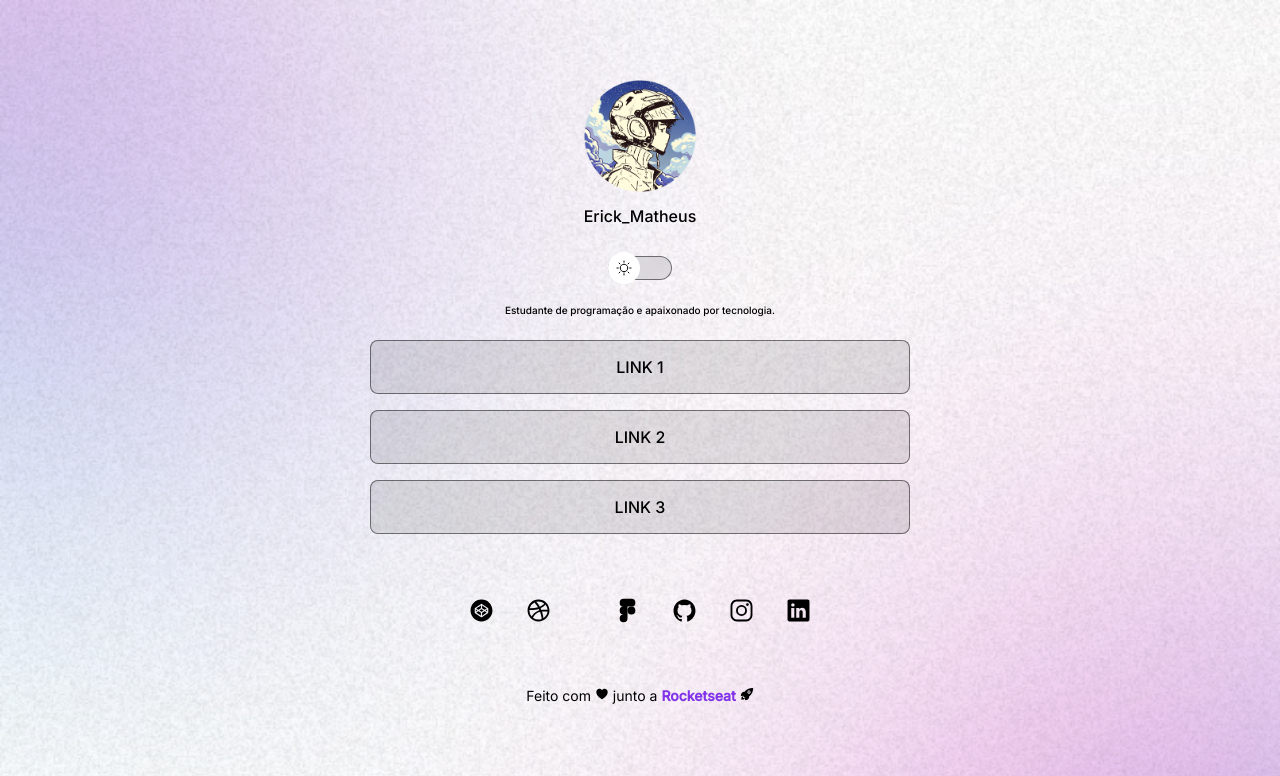
Repository: e-rickmatheus/project_dev_links
Page: index.html
These files come from the project's save history. The page is drawn as it stood at one moment and after a run of saves; the edit follows.
The browser window is 1280 px wide. The pictures show the whole page.

Above is the page before, as saved 2025-04-14 16:04:29.

### index.html
<!DOCTYPE html>
<html lang="pt-BR" class="light-theme">
<head>

<link rel="preconnect" href="https://fonts.googleapis.com">
<link rel="preconnect" href="https://fonts.gstatic.com" crossorigin>
<link href="https://fonts.googleapis.com/css2?family=Inter:wght@400;500&display=swap" rel="stylesheet">
  <meta charset="UTF-8">
  <meta name="viewport" content="width=device-width, initial-scale=1.0">
  <title>DEV_ Links</title>
  <link rel="stylesheet" href="./style.css">
  <a></a>
</head>
<body>

  <div id="container">
    <div id="profile">
      <img id="avatar" src="./assets/avatar-pilot-day.png" alt="avatar-light">
      <p>Erick_Matheus</p>
    </div>
    <div id="switch" onclick= "toggleTheme()">
      <button></button>
      <span></span>
    </div>
     <br>
    <div id="description">

      Estudante de programação e apaixonado por tecnologia.

    </div>
  <ul>
    <li>
      <a href="#" target="_blank">LINK 1</a>
    </li>
    <li>
        <a href="#" target="_blank">LINK 2 </a>
    </li>
    <li>
        <a href="#" target="_blank">LINK 3</a>
    </li>
  </ul>
  <div id="social-links">
    <!-- <ion-icon name="logo-behance"></ion-icon> -->
    <a href="https://codepen.io/erick_matheus" target="_blank">
      <ion-icon name="logo-codepen"></ion-icon>
    </a>

    <a href="https://dribbble.com/erick_matheus" target="_blank">
      <ion-icon name="logo-dribbble"></ion-icon>
    </a>

        <a href="https://duolingo.com/profile/fuckyeahrick" target="_blank">
    <a href="https://figma.com/@erick_matheus" target="_blank">
      <ion-icon name="logo-figma"></ion-icon>
    </a>
    <a href="https://github.com/e-rickmatheus" target="_blank">
      <ion-icon name="logo-github"></ion-icon>
    </a>

    <a href="https://instagram.com/fuckyeahrick" target="_blank">
      <ion-icon name="logo-instagram"></ion-icon>
    </a>

    <a href="https://linkedin.com/in/e-rickmatheus/" target="_blank">
      <ion-icon name="logo-linkedin"></ion-icon>
    </a>


    <!-- <ion-icon name="logo-medium"></ion-icon> -->
    <!-- <ion-icon name="logo-whatsapp"></ion-icon> -->
  </div>

  <footer>
    Feito com <ion-icon name="heart"></ion-icon>
    junto a <a id="rocketseat" href="https://rocketseat.com.br/" target="_blank">Rocketseat</a>   <ion-icon name="rocket"></ion-icon>
  </footer>
  </div>

<script type="module" src="https://cdn.jsdelivr.net/npm/ionicons@7.1.0/dist/ionicons/ionicons.esm.js"></script>
<script nomodule src="https://cdn.jsdelivr.net/npm/ionicons@7.1.0/dist/ionicons/ionicons.js"></script>
<script src="./script.js"></script>
</body>

</html>

### style.css
* {  /* *: todos os elementos */
  margin: 0;
  padding: 0;
  box-sizing: border-box; /* border-box: altura e largura do elemento é o mesmo que o tamanho definido */

}


:root {
  --text-color: white; /* cor do texto */
  --bg-url: url(./assets/bg-mobile.jpg); /* url da imagem de fundo */
  --stroke-color: rgba(255, 255, 255, 0.5); /* cor do contorno */
  --surface-color: rgba(255, 255, 255, 0.1); /* cor da superfície */
  --surface-color-hover: rgba(255, 255, 255, 0.2); /* cor da superfície ao passar o mouse */
  --social-links-color-hover: rgba(255, 255, 255, 0.2); /* cor do link ao passar o mouse */
  --switch-thema-url: url(./assets/moon-stars.svg);
}

.light-theme { /* tema claro */
  --text-color: black; /* cor do texto */
  --bg-url: url(./assets/bg-mobile-light.jpg); /* url da imagem de fundo */
  --stroke-color: rgba(0, 0, 0, 0.5); /* cor do contorno */
  --surface-color: rgba(0, 0, 0, 0.1); /* cor da superfície */
  --surface-color-hover: rgba(0, 0, 0, 0.2); /* cor da superfície ao passar o mouse */
  --social-links-color-hover: rgba(0, 0, 0, 0.2); /* cor do link ao passar o mouse */
  --switch-thema-url: url(./assets/sun.svg);
}

html, body {
  height: 100%; /* altura do html e body */
  width: 100%; /* largura do html e body */
}

body { /* body: corpo do documento */
  /*
  background-image: url(./assets/bg-mobile.jpg);
  background-repeat: no-repeat;
  background-position: top center;
  background-size: cover;
  */

  /* BACKGROUND GRADIENT
   background-image:  linear-gradient(
        45deg,
        hsl(201deg 37% 81%) 0%,
        hsl(202deg 39% 77%) 8%,
        hsl(204deg 40% 72%) 17%,
        hsl(206deg 41% 68%) 25%,
        hsl(207deg 42% 64%) 33%,
        hsl(209deg 42% 60%) 41%,
        hsl(210deg 42% 56%) 50%,
        hsl(212deg 41% 53%) 58%,
        hsl(214deg 41% 49%) 66%,
        hsl(217deg 45% 46%) 75%,
        hsl(219deg 48% 43%) 83%,
        hsl(223deg 50% 40%) 92%,
        hsl(228deg 51% 38%) 100%
    );
    */
    /* background-repeat: no-repeat; /* repetição da imagem */
    /* background-position: top center; /* posição da imagem */
    /* background-size: 100% 100%; /* tamanho da imagem */
  background: var(--bg-url) no-repeat top center/cover;
  height: 100vh; /* altura do body */
  /* background: cor imagem repetição posição/tamanho */
}

body * { /* todos os elementos dentro do body */
  font-family: 'Inter', sans-serif;
  color: var(--text-color); /* cor do texto */


}

#container {
  width:  100%; /* largura do container */
  max-width: 588px; /* largura máxima do container */
  margin: 56px auto 0px;
  padding: 0 24px;
}

/*PROFILE*/
#profile {
  text-align: center;
  padding: 24px;
}

#profile img {
  width: 112px;
}

#profile p {
  font-weight: 500;
  line-height: 24px;
  margin-top: 8px;
}

/*SWITCH*/
/* teste
<i class="bi bi-sun-fill"></i>
<i class="bi bi-moon-stars-fill"></i> */
#switch{
  position: relative;
  width: 64px;
  height: 24px;
  margin: 4px auto;

}

#switch button {
  width: 32px;
  height: 32px;
  background: white  var(--switch-thema-url) no-repeat center;
  border: 0;
  border-radius: 50%;

  position: absolute;
  top: 50%;
  left: 0;
  z-index: 1;
  transform: translateY(-50%);
}

.light-theme #switch button{
  animation: slide-in 0.2s forwards; /* forwards: mantém o estado final da animação */
}

.dark-theme #switch button{
  animation: slide-back 0.2s forwards; /* forwards: mantém o estado final da animação */
}

#switch span {
  display: block;
  width: 64px;
  height: 24px;
  background: var(--surface-color);
  border: 1px solid var(--stroke-color);
  backdrop-filter: blur(4px);
  -webkit-backdrop-filter: blur(4px);
  border-radius: 9999px;
}

#description {
  text-align: center;
  font-size: 10px;
  font-weight: 500;


}

/*links*/
ul { /* ul: lista não ordenada */
  list-style: none;
  display: flex;
  flex-direction: column;
  gap: 16px;
  padding: 24px 0;
}

ul li a { /* a: link */
  display: flex;
  justify-content: center;
  align-items: center;
  padding: 16px 24px;
  background: var(--surface-color);
  border: 1px solid var(--stroke-color);
  border-radius: 8px;
  backdrop-filter: blur (4px);
  -webkit-backdrop-filter: blur (4px);

  text-decoration: none;
  font-weight: 500;

  transition: background 0.2s;
}

ul li a:hover { /* quando o mouse estiver em cima do link */
  background: var(--surface-color-hover);
  border: 1.5px solid var(--text-color);
}


/*SOcial Links*/
#social-links {
  display: flex;
  justify-content: center;
  padding: 24px 0;
  font-size: 25px
}

#social-links a { /* a: link */
  display: flex;
  justify-content: center;
  align-items: center;
  padding: 16px;
  transition: background 0.2s;
  border-radius: 50%;
}

#social-links a:hover { /* quando o mouse estiver em cima do link */
  background: var(--social-links-color-hover);

}

footer {
  text-align: center;
  padding: 24px 0;
  font-size: 14px;
}

#rocketseat {
  color: rgb(130 52 233);
  text-decoration: none;
  font-weight: bold;
  transition: color 0.5s;
}

#rocketseat:hover { /* quando o mouse estiver em cima do link */
  color: white;
  text-decoration: underline;
  background:  rgb(130 52 233);
  transition: color 0.5s;
  margin: 1px 1px;
  padding: 4px 4px;
  border-radius: 4px;

}


/*media queries*/
@media (min-widht: 700px) {
  :root: {
    --bg-url: url(./assets/bg-desktop.jpg); /* url da imagem de fundo */
  }
  .light-theme {
  --bg-url: url(./assets/bg-desktop-light.jpg); /* url da imagem de fundo */

  }
}

/* ANIMATION */
@keyframes side-in{
  from{
    left:0;
  }
  to {
    left:50%
  }
}

@keyframes slide-back{
  from {
    left:50%
  }
  to {
    left:0;
  }
}

### script.js
function toggleTheme() {
  const html = document.documentElement

  if (html.classList.contains("light-theme")) {
    html.classList.remove("light-theme")
    html.classList.add("dark-theme")
  } else {
    html.classList.remove("dark-theme")
    html.classList.add("light-theme")
  }

 const img = document.querySelector("#profile img")
 if (html.classList.contains("light-theme")) {
   img.setAttribute("src", "./assets/avatar-pilot-day.png")
 } else {
   img.setAttribute("src", "./assets/avatar-pilot-night.png")
 }
}

After the next 3 saves:
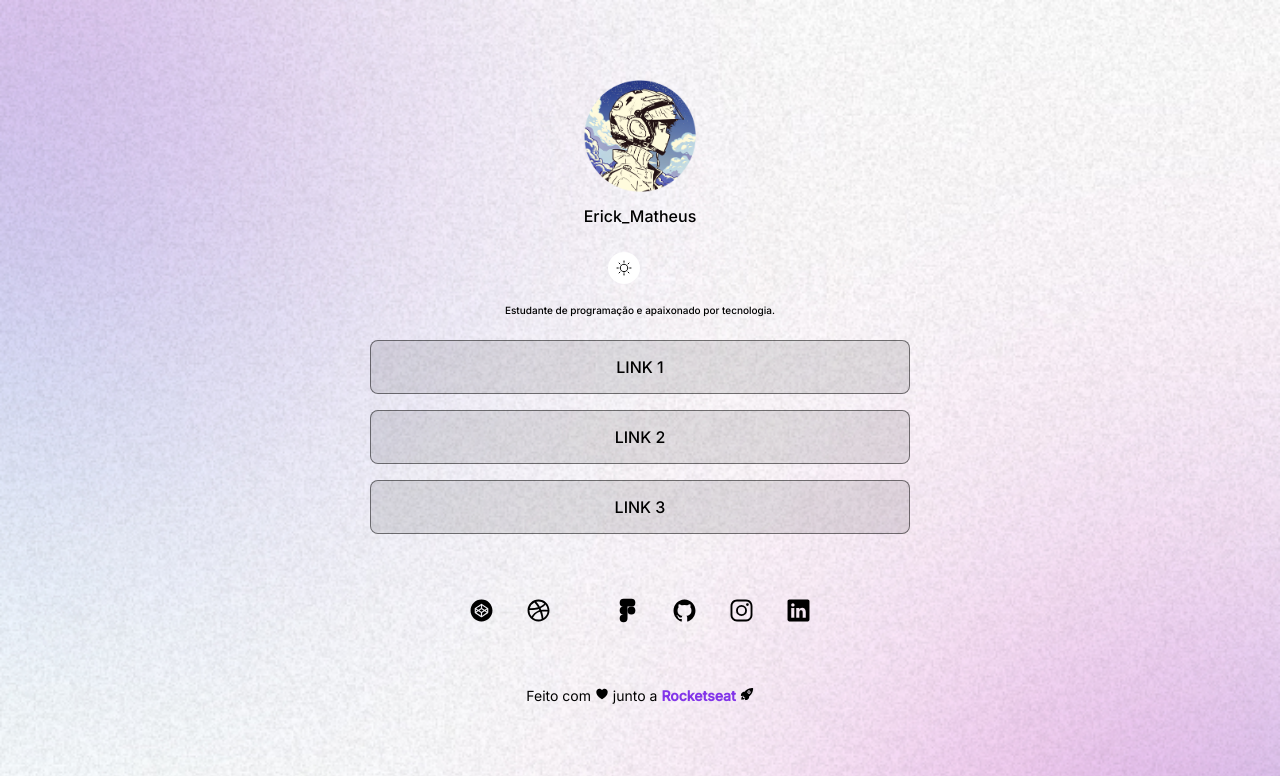
The 3 saves are shown as one change because they came seconds apart.
The last was saved 16 s later.
--- a/style.css
+++ b/style.css
@@ -129,6 +129,7 @@
   animation: slide-back 0.2s forwards; /* forwards: mantém o estado final da animação */
 }
 
+#sw
 #switch span {
   display: block;
   width: 64px;

After the 3 saves that followed:
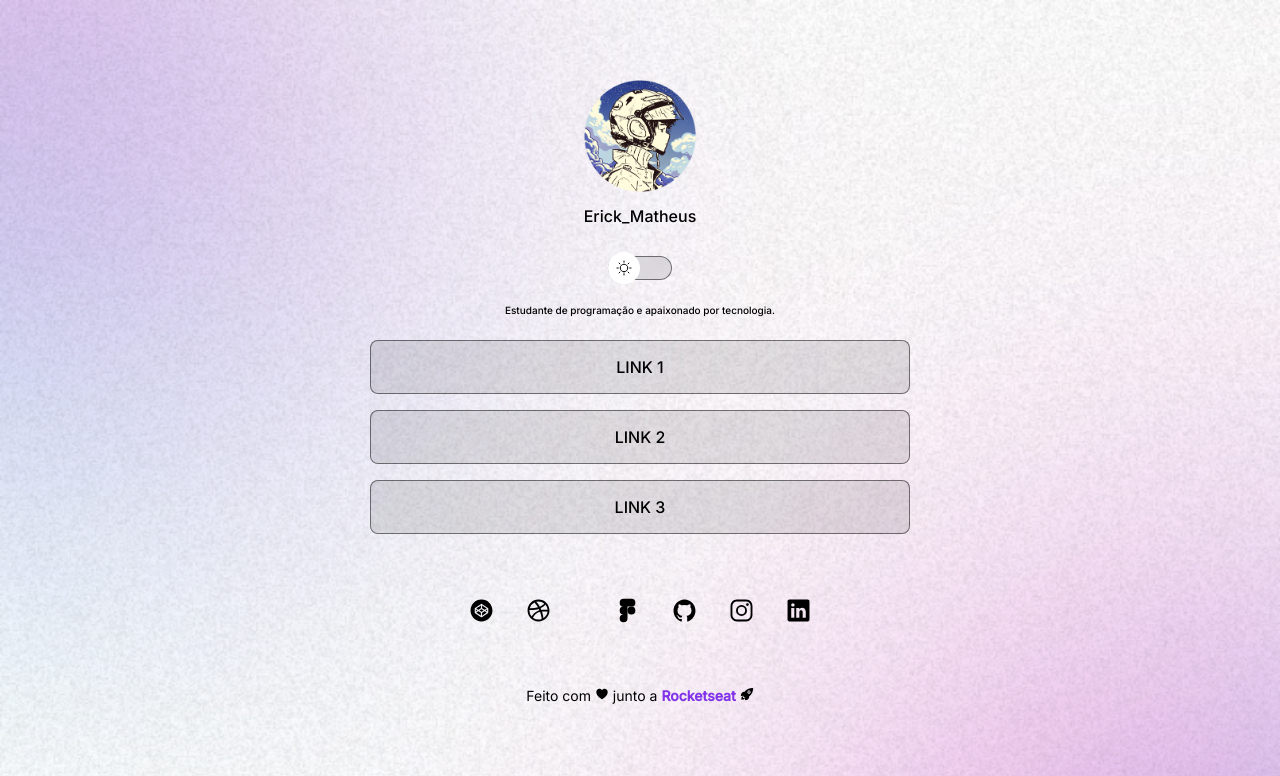
The 3 saves are shown as one change because they came seconds apart.
The last was saved 11 s later.
--- a/style.css
+++ b/style.css
@@ -129,7 +129,12 @@
   animation: slide-back 0.2s forwards; /* forwards: mantém o estado final da animação */
 }
 
-#sw
+#switch button:hover { /* quando o mouse estiver em cima do botão */
+  cursor: pointer;
+  background: white var(--switch-thema-url) no-repeat center;
+  border-radius: 50%;
+  transition: background 0.2s;
+}
 #switch span {
   display: block;
   width: 64px;
